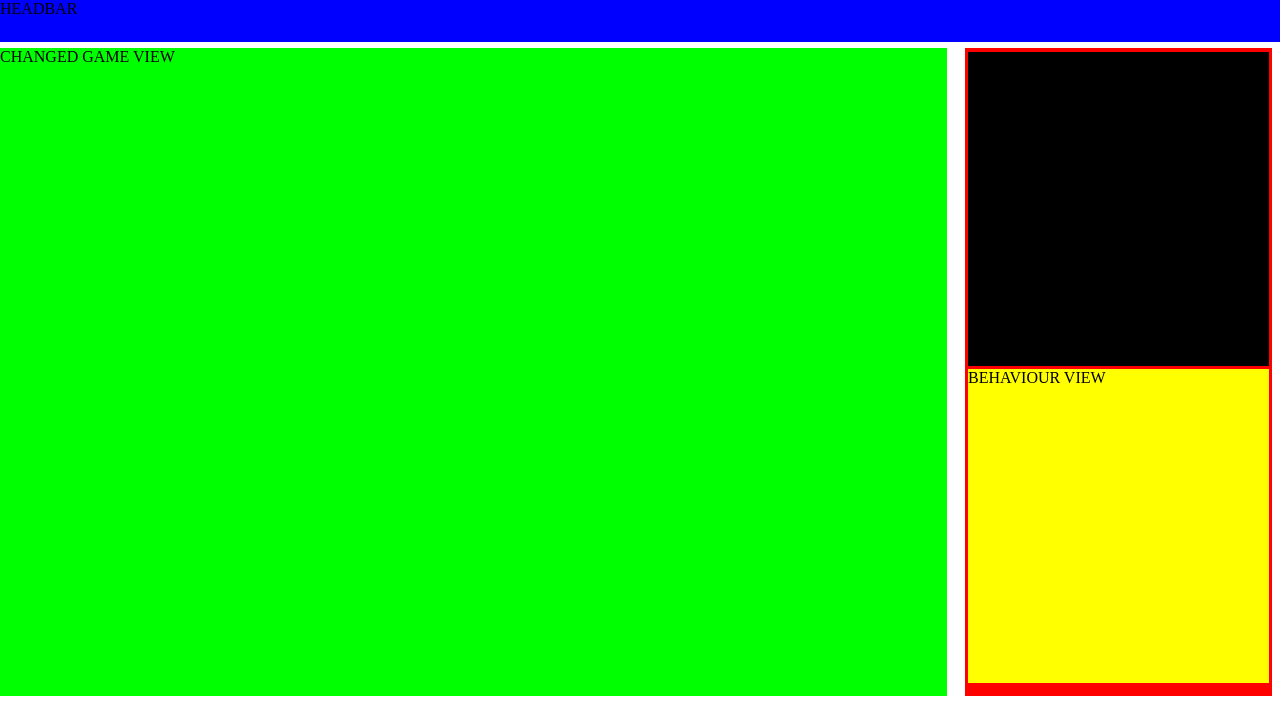
Repository: n-donnelly/onlinegameproto
Page: Content/main.html
The author's editor kept a record of every edit. The page is drawn from the files as they stood at one moment, then again after the next edit.
The browser window is 1280 px wide. The pictures show the whole page.

Above is the page before.

After the next edit:
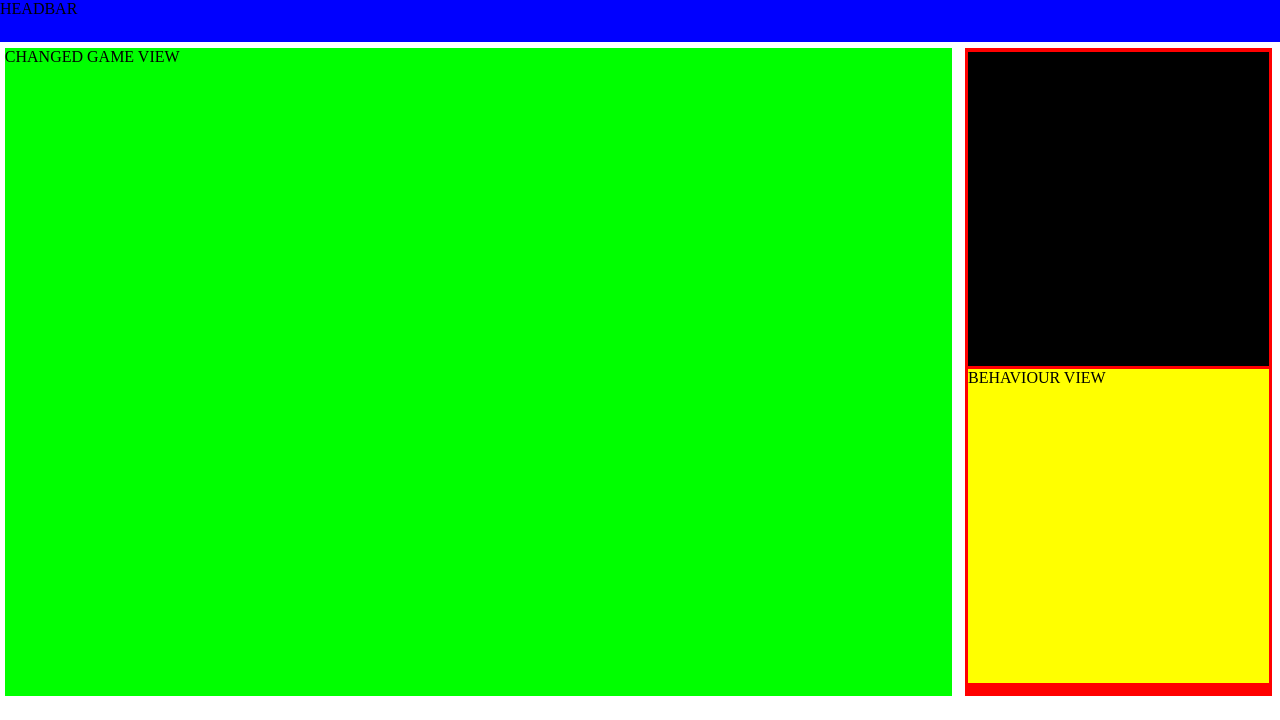
The edit:
--- a/CSS/main.css
+++ b/CSS/main.css
@@ -11,6 +11,7 @@
     height: 90%;
     position: absolute;
     margin-right: 0.4em;
+    left: 0.3em;
 }
 
 #rightBar {
